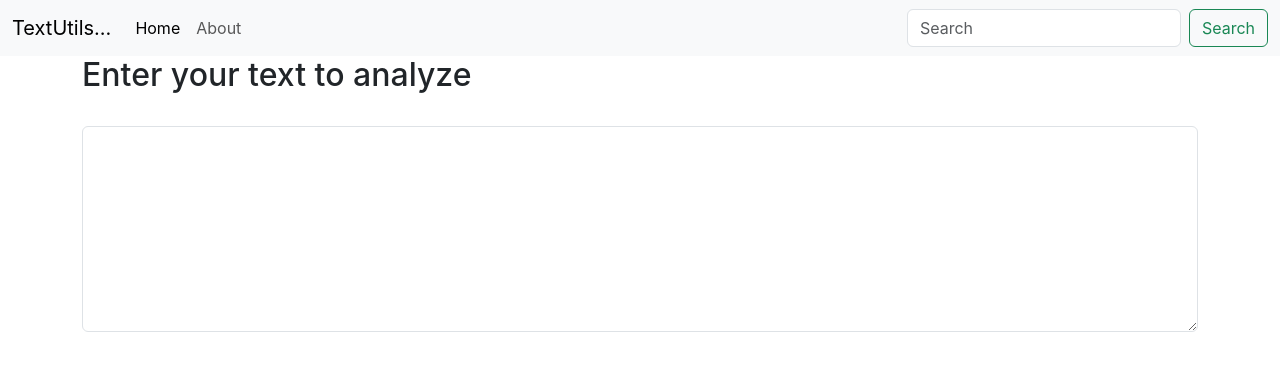
Repository: SujanNagaju/react-demo
Page: /
An editor plug-in stored every save of this project. The page is shown before and after the next save, followed by the edit.
The browser window is 1280 px wide. The pictures show the whole page.
The project was rebuilt for these pictures with package versions that can differ from the ones it lists, and the page was loaded fresh each time. Also part of the build but not shown: src/App.css.

Above is the page before, as saved 2024-12-29 13:12:38.

After the next save:
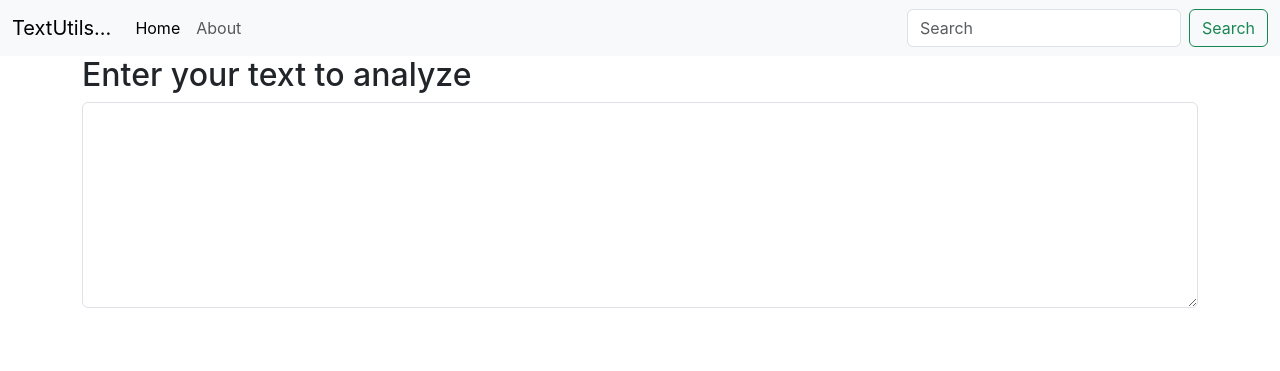
Saved 6 s later.
--- a/src/components/TextForm.js
+++ b/src/components/TextForm.js
@@ -5,7 +5,6 @@
     <div>
       <h2>{props.heading}</h2>
         <div className="mb-3">
-            <label for="textBox" className="form-label"></label>
             <textarea className="form-control" id="textBox" rows="8"></textarea>
         </div>
     </div>
